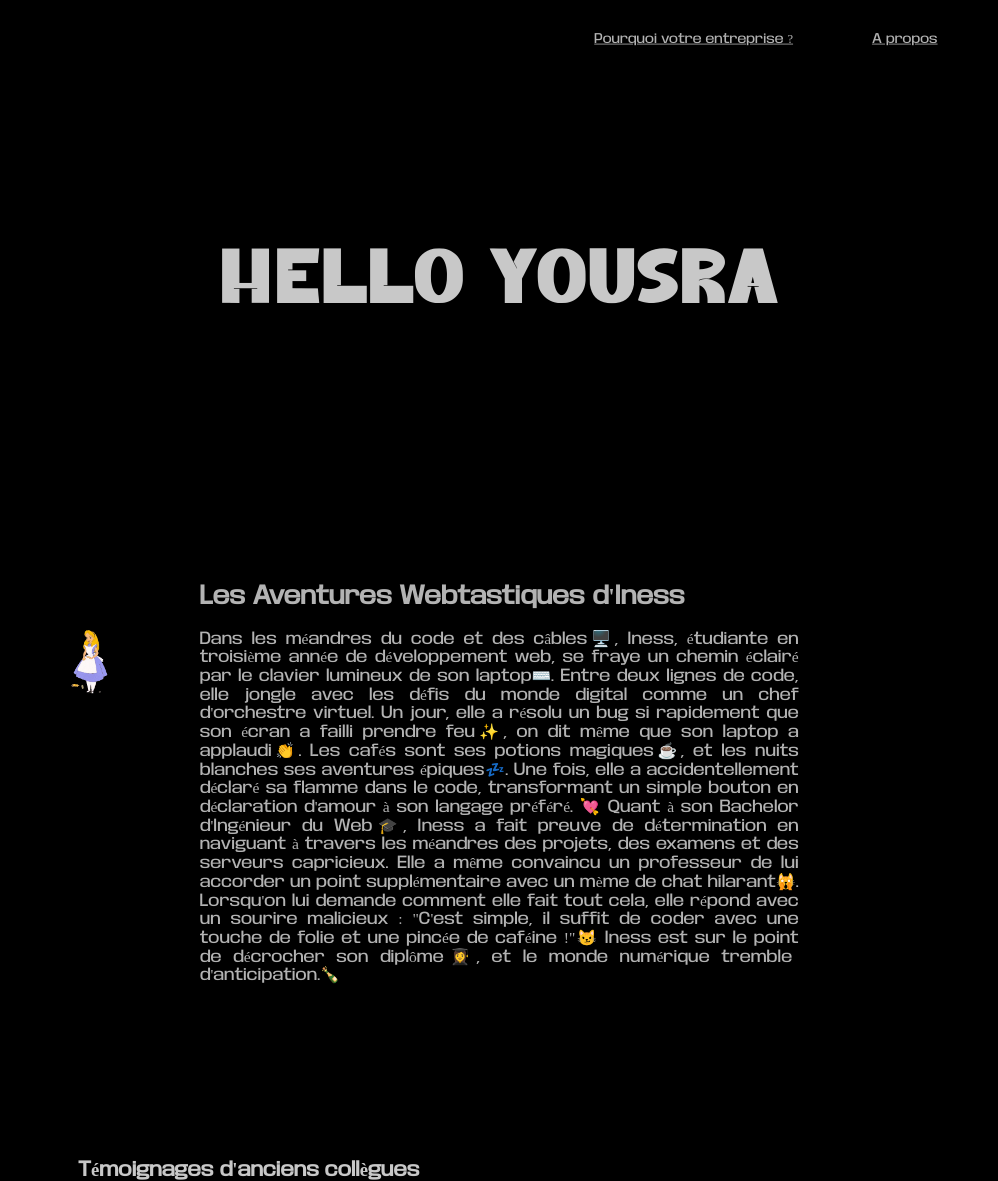
Repository: inessben/application
Page: index.html
These files come from the project's save history. The page is drawn as it stood at one moment and after the next save; the edit follows.
The browser window is 1280 px wide. The pictures show the part of the page from y = 0 to 1514 px (the page is 1985 px tall), at 78% of full size.
A picture or video elsewhere on the page could not be fetched, so the positions and the page height are approximate.

Above is the page before, as saved 2023-12-04 00:19:38.

### index.html
<!DOCTYPE html>
<html lang="en">
<head>
    <meta charset="UTF-8">
    <meta name="viewport" content="width=device-width, initial-scale=1.0">
    <!-- generate the icon -->
    <link rel="apple-touch-icon" sizes="180x180" href="/favicon/apple-touch-icon.png">
    <link rel="icon" type="image/png" sizes="32x32" href="/favicon/favicon-32x32.png">
    <link rel="icon" type="image/png" sizes="16x16" href="/favicon/favicon-16x16.png">
    <link rel="manifest" href="/favicon/site.webmanifest">
    <link rel="mask-icon" href="/favicon/safari-pinned-tab.svg" color="#5bbad5">
    <meta name="msapplication-TileColor" content="#da532c">
    <!--  -->
    <meta name="theme-color" content="#ffffff">
    <title>#slowlyApplication</title>
    <link rel="stylesheet" href="index.css">
</head>
<body>

    <section id="nav-header">
        <header class="nav-links">
            <!-- <a href="/index.html" class="link">Accueil</a> -->
            <a href="/company/company.html" class="link">Pourquoi votre entreprise ?</a>
            <a href="/about/about.html" class="link">A propos</a>
        </header>
    </section>

    <section id="interactive-section">
    <p id="text-content">Hello Yousra</p>
    </section>

    <section id="main-content">
        <h1><strong>Les Aventures Webtastiques d'Iness</strong></h1>
        <img src="/images/giphy.gif" alt="alice" class="gif">
        <p>Dans les méandres du code et des câbles🖥️, Iness, étudiante en troisième année de développement web, se fraye un chemin éclairé par le clavier lumineux de son laptop⌨️. Entre deux lignes de code, elle jongle avec les défis du monde digital comme un chef d'orchestre virtuel. Un jour, elle a résolu un bug si rapidement que son écran a failli prendre feu✨, on dit même que son laptop a applaudi👏. Les cafés sont ses potions magiques☕, et les nuits blanches ses aventures épiques💤. Une fois, elle a accidentellement déclaré sa flamme dans le code, transformant un simple bouton en déclaration d'amour à son langage préféré. 💘
        Quant à son Bachelor d'Ingénieur du Web🎓, Iness a fait preuve de détermination en naviguant à travers les méandres des projets, des examens et des serveurs capricieux. Elle a même convaincu un professeur de lui accorder un point supplémentaire avec un mème de chat hilarant🙀. Lorsqu'on lui demande comment elle fait tout cela, elle répond avec un sourire malicieux : "C'est simple, il suffit de coder avec une touche de folie et une pincée de caféine !"😼 Iness est sur le point de décrocher son diplôme👩‍🎓, et le monde numérique tremble d'anticipation.🍾</p>
    </section>

    <h2>Témoignages d'anciens collègues</h2>
    <section id="carousel-container">
        <section id="testimonial1">
            <img src="/images/1.jpg">
            <h3><strong>John Doe, Développeur senior chez Imaginary Corp.</strong></h3>
            <br>
            <br>
            <p>Travailler avec Iness était comme avoir un super-héros du code dans notre équipe. Ses superpouvoirs incluent la résolution des bugs et une créativité sans limites!</p>
        </section>

        <section id="testimonial2">
            <img src="/images/2.jpg">
            <h3><strong>Tom Console, Architecte du Code chez InnovateTech</strong></h3>
            <br>
            <br>
            <p>Recruter Iness ? C’est comme ajouter des commentaires clairs à un script confus. Elle apporte de la clarté, de l’efficacité et un peu de magie à chaque ligne de code !</p>
        </section>

        <section id="testimonial3">
            <img src="/images/3.jpg">
            <h3><strong>Sophie Frontend, UI Designer chez Unknown Company .</strong></h3>
            <br>
            <br>
            <p>Collaborer avec Iness a été comme travailler avec une fée du front-end. Elle a transformé nos designs en sites web interactifs qui enchantent nos utilisateurs !</p>
        </section>
        </section>

        <footer>
            <p>© Iness Ben Aïssa - All rights reversed. Because who needs those rights anyway?</p>
        </footer>


    <script src="script.js"></script>
</body>
</html>

### index.css
@font-face {
    font-family: "Jolley";
    src: url("/fonts/jolley.woff");
    }

@font-face {
    font-family: "Base Neue";
    src: url("/fonts/base-neue.ttf");
    }

    ::-webkit-scrollbar {
        width: 8px;
        }

    ::-webkit-scrollbar-track {
        background-color: #000;
        }

    ::-webkit-scrollbar-thumb {
        background-color: #4b4b4b;
        border-radius: 4px;
        }

    ::-webkit-scrollbar-thumb:hover {
        opacity: 0.7;
        }

body {
    margin: 0;
    font-family: "Base Neue";
    background-color: #000000;
    color: #c8c8c8;
    padding: 0;
    }

#nav-header {
    position: absolute;
    top: 30px;
    right: 20px;
    font-size: 16px;
    font-weight: 500;
    padding: 10px;
    }

.link {
    padding: 8px;
    text-decoration: #b3b3b3 underline;
    color: #b3b3b3;
    margin: auto 40px;
    }

.link:hover {
    opacity: 0.7;
    }

#interactive-section {
    font-family: "Jolley";
    height: 100vh;
    font-size: 100px;
    display: flex;
    align-items: center;
    justify-content: center;
    background-color: #000000;
    transition: opacity 0.5s ease-in-out;
    }

#main-content {
    position: relative;
    height: 100vh;
    width: 60vw;
    color: #b3b3b3;
    margin: 20px auto;
    text-align: justify;
    font-size: 20px;
    padding: 0 20px;
    transition: opacity 0.5s ease-in-out;
    }

.gif{
    position: absolute;
    z-index: 0;
}

#carousel-container {
    display: flex;
    align-items: center;
    justify-content: center;
    display: flex;
    }

h2{
    font-weight: 700;
    margin-left: 100px;
}

img{
    position: relative;
    margin-left: -200px;
    border-radius: 100px;
    width: 120px;
    }

#testimonial1,
#testimonial2,
#testimonial3{
    height: 50vh;
    width: 400px;
    background: #B6C5B6;
    color: #333;
    border-radius: 20px;
    margin: 20px;
    padding: 10px;
    box-sizing: border-box;
    border-radius: 10px;
    text-align: center;
    opacity: 0.8;
    }

#testimonial1 p,
#testimonial2 p,
#testimonial3 p{
    position: relative;
    top: -100px;
    padding: 20px;
    z-index: 99;
    font-size: 18px;
    text-align: left;
    }

#testimonial1 h3,
#testimonial2 h3,
#testimonial3 h3{
    position: relative;
    text-align: right;
    top: -100px;
    right: -180px;
    z-index: 99;
    width: 200px;
    font-size: 12px;

    }

footer{
    display: flex;
    align-items: center;
    justify-content: center;
    }

### script.js
const textContent = document.getElementById('text-content')
const interactiveSection = document.getElementById('interactive-section')
const mainContent = document.getElementById('main-content')
const h1Element = document.querySelector('#main-content h1')
const pElement = document.querySelector('#main-content p')

document.addEventListener('keydown', function (event) {
    if (event.code === 'Space') {
        switch (textContent.innerText) {
            case 'Hello Yousra':
                textContent.innerText = 'Hello Yasmine'
                break
            case 'Hello Yasmine':
                textContent.innerText = 'Hello Chi Khanh'
                break
            case 'Hello Chi Khanh':
                textContent.innerText = '...Or anyone else from the team'
                break
            case '...Or anyone else from the team':
                textContent.innerText = 'Let me present you...'
                break
            default:
                console.log('mainContent')
                interactiveSection.style.opacity = '0'
                interactiveSection.style.pointerEvents = 'none'
                // mainContent.classList.add('display')
                break
        }

        setTimeout(() => {
            mainContent.style.opacity = '1'
            h1Element.style.opacity = '1'
            pElement.style.opacity = '1'
        }, 300) // Ajustez le délai si nécessaire
    }
});

After the next save:
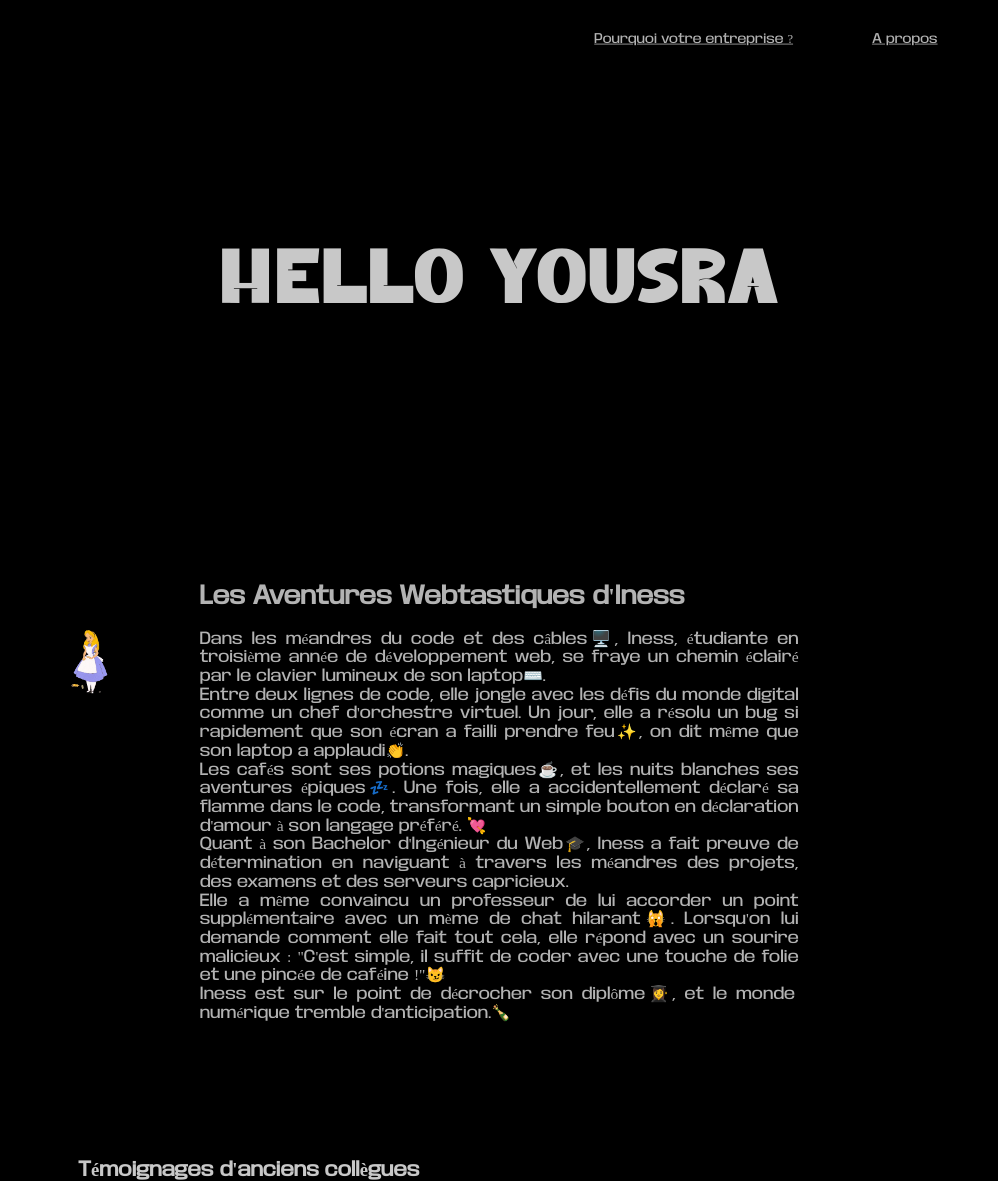
Saved 72 s later.
--- a/index.html
+++ b/index.html
@@ -32,8 +32,8 @@
     <section id="main-content">
         <h1><strong>Les Aventures Webtastiques d'Iness</strong></h1>
         <img src="/images/giphy.gif" alt="alice" class="gif">
-        <p>Dans les méandres du code et des câbles🖥️, Iness, étudiante en troisième année de développement web, se fraye un chemin éclairé par le clavier lumineux de son laptop⌨️. Entre deux lignes de code, elle jongle avec les défis du monde digital comme un chef d'orchestre virtuel. Un jour, elle a résolu un bug si rapidement que son écran a failli prendre feu✨, on dit même que son laptop a applaudi👏. Les cafés sont ses potions magiques☕, et les nuits blanches ses aventures épiques💤. Une fois, elle a accidentellement déclaré sa flamme dans le code, transformant un simple bouton en déclaration d'amour à son langage préféré. 💘
-        Quant à son Bachelor d'Ingénieur du Web🎓, Iness a fait preuve de détermination en naviguant à travers les méandres des projets, des examens et des serveurs capricieux. Elle a même convaincu un professeur de lui accorder un point supplémentaire avec un mème de chat hilarant🙀. Lorsqu'on lui demande comment elle fait tout cela, elle répond avec un sourire malicieux : "C'est simple, il suffit de coder avec une touche de folie et une pincée de caféine !"😼 Iness est sur le point de décrocher son diplôme👩‍🎓, et le monde numérique tremble d'anticipation.🍾</p>
+        <p>Dans les méandres du code et des câbles🖥️, Iness, étudiante en troisième année de développement web, se fraye un chemin éclairé par le clavier lumineux de son laptop⌨️. <br>Entre deux lignes de code, elle jongle avec les défis du monde digital comme un chef d'orchestre virtuel. Un jour, elle a résolu un bug si rapidement que son écran a failli prendre feu✨, on dit même que son laptop a applaudi👏. <br>Les cafés sont ses potions magiques☕, et les nuits blanches ses aventures épiques💤. Une fois, elle a accidentellement déclaré sa flamme dans le code, transformant un simple bouton en déclaration d'amour à son langage préféré. 💘
+        <br>Quant à son Bachelor d'Ingénieur du Web🎓, Iness a fait preuve de détermination en naviguant à travers les méandres des projets, des examens et des serveurs capricieux. <br>Elle a même convaincu un professeur de lui accorder un point supplémentaire avec un mème de chat hilarant🙀. Lorsqu'on lui demande comment elle fait tout cela, elle répond avec un sourire malicieux : "C'est simple, il suffit de coder avec une touche de folie et une pincée de caféine !"😼 <br>Iness est sur le point de décrocher son diplôme👩‍🎓, et le monde numérique tremble d'anticipation.🍾</p>
     </section>
 
     <h2>Témoignages d'anciens collègues</h2>
